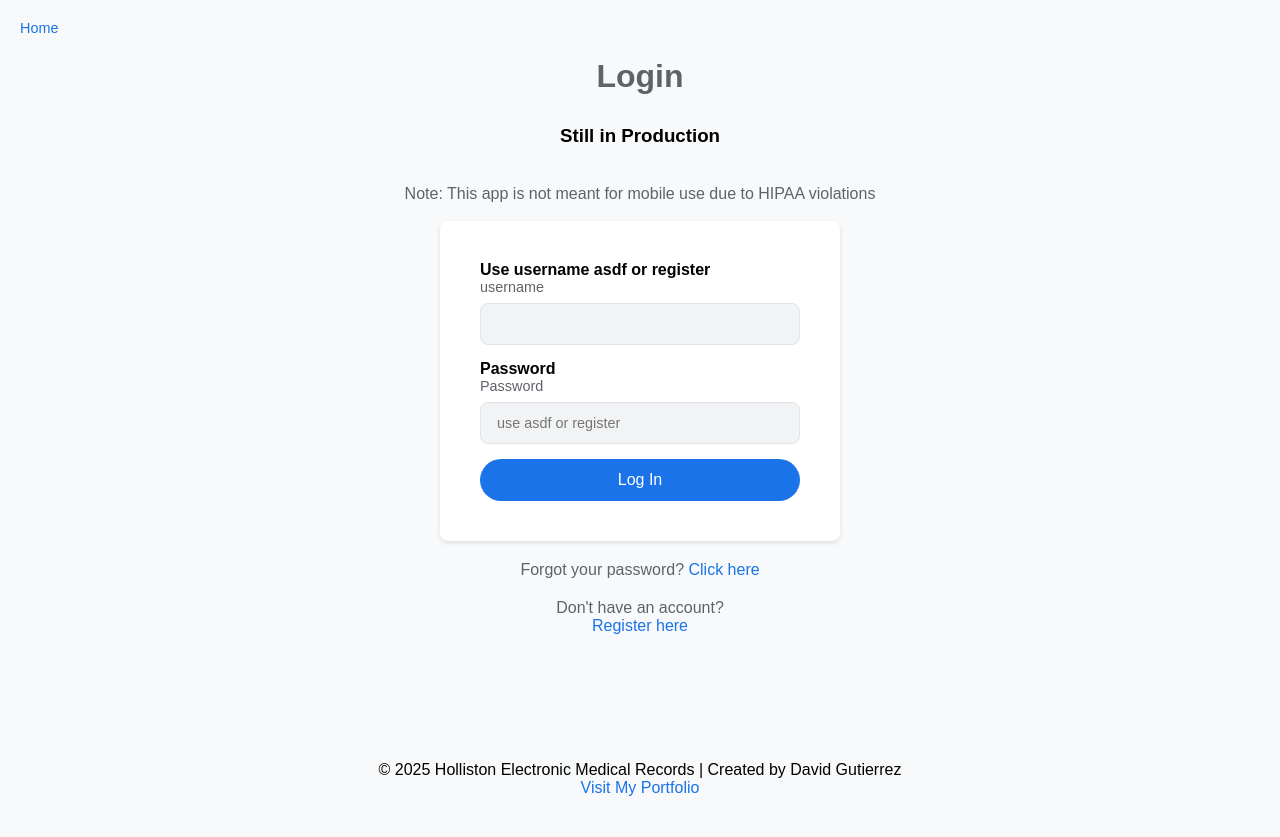
Repository: DavidG626/Flask-Project
Page: http://localhost/login?next=%2Fcpt%2Fcpt_codes
These files come from the project's save history. The page is drawn as it stood at one moment and after the next save; the edit follows.
The browser window is 1280 px wide. The pictures show the whole page.
The page is served by the project's application, run on Flask 3 (tempCodeRunnerFile.py). Other server files are loaded and not shown.

Above is the page before, as saved 2025-03-11 12:22:44.

### templates/login.html
<!DOCTYPE html>
<html lang="en">
<head>
    <meta charset="UTF-8">
    <meta name="viewport" content="width=device-width, initial-scale=1.0">
    <link rel="stylesheet" type="text/css" href="/static/login.css">

    <title>Login</title>

</head>
<body>
    <!-- Navigation -->
    <a class=home href="{{ url_for('home') }}">Home</a>
    {% with messages = get_flashed_messages(with_categories=true) %}
    {% if messages %}
      <ul>
        {% for category, message in messages %}
          <div class="{{ category }}">{{ message }}</div>
        {% endfor %}
      </ul>
    {% endif %}
  {% endwith %}<br>
    <!-- Login Form -->
    <h1>Login</h1>
    <h3>Still in Production</h3><br>
    <p>Note: This app is not meant for mobile use due to HIPAA violations</p><br>


    <form method="POST" action="">
        {{ form.hidden_tag() }}

        <legend>Login</legend>
          <!-- Render Username Field -->
          <h4>Use username asdf or register</h4>
          <div>
            {{ form.username.label(class="form-label") }}
            {{ form.username(class="form-input") }}

        </div>

         <!-- Render Password Field -->
         <h4>Password</h4>
         <div>
            {{ form.password.label(class="form-label") }}
            {{ form.password(class="form-input", placeholder="use asdf or register") }}

        </div>

        <div>
            {{ form.submit(class="form-button") }}
        </div>
    </form>
    <!-- Forgot Password Link -->
    <p>Forgot your password? <a href="#">Click here</a></p>

    <!-- Registration Link -->
    <p>Don't have an account?</p>
    <a href="{{ url_for('login_register.register') }}" class="register-link">Register here</a>



    <br><br><br><br><br><br><br>

    <footer>
      <div >
          &copy; 2025 Holliston Electronic Medical Records | Created by David Gutierrez

      </div>
      <div >
          <a href="https://github.com/DavidG626/Flask-Project" class="register-link" target="_blank">Visit My Portfolio</a>
      </div>
    </footer>
</body>


</html>

### forms/provider_registration_form.py
from flask_wtf import FlaskForm
from wtforms import StringField, PasswordField, SubmitField, BooleanField, SelectField
from wtforms.validators import DataRequired, Length, Email, EqualTo
from flask import Blueprint, render_template, url_for, flash, redirect, session




# Registration
class RegistrationForm(FlaskForm):
    first_name = StringField('First Name',
    validators=[DataRequired(), Length(min=2, max=20)])

    last_name = StringField('Last Name',
    validators=[DataRequired(), Length(min=2, max=20)])

    username = StringField('username',
    validators=[DataRequired(), Length(min=2, max=20)])

    password = PasswordField('Password',
    validators=[DataRequired(), Length(min=2, max=20)])

    confirm_password = PasswordField('Confirm Password',
    validators=[DataRequired(), EqualTo('password', message= "Password Must Match")])

    email = StringField('email',
    validators=[DataRequired(), Email()])

    practice_name = StringField('Practice Name',
    validators=[DataRequired()])

    specialty = StringField('Specialty',
    validators=[DataRequired()])

    npi = StringField('NPI #',
    validators=[DataRequired()])

    medical_license = StringField('Medical License',
    validators=[DataRequired()])

    medical_title = SelectField('Medical Title',
    choices=[
        ('', 'Select your title'),
        ('MD', "MD"),
        ('PA', "PA"),
        ('NP', "NP"),
        ('DO', "DO"),
        ('DC', "DC"),

    ],
    validators=[DataRequired()])

    address = StringField('Address',
    validators=[DataRequired()])

    city = StringField('City',
    validators=[DataRequired()])

    zip_code = StringField('Zip Code',
    validators=[DataRequired()])

    state = StringField('State',
    validators=[DataRequired()])

    phone = StringField('Phone',
    validators=[DataRequired()])

    fax = StringField('Fax',
    validators=[DataRequired()])

    contact_name = StringField('Medical Assistant',
    validators=[DataRequired()])

    biller_name = StringField('Biller',
    validators=[DataRequired()])

    biller_email = StringField('Biller Email',
    validators=[DataRequired()])

    submit = SubmitField('Submit')


# Login
class LoginForm(FlaskForm):
    username = StringField('username',
    validators=[DataRequired()])
    password = PasswordField('Password',
    validators=[DataRequired()])
    remember = BooleanField('Remember Me')

    submit = SubmitField('Log In')

### routes/login_register.py
from flask import Blueprint, render_template, url_for, flash, redirect, session
from forms.provider_registration_form import RegistrationForm, LoginForm
from werkzeug.security import generate_password_hash, check_password_hash
from models.provider_info_models import Provider
from extensions import provider_info_db as db
from flask_login import login_user
from datetime import datetime  # Add this import

import sqlite3
import os



# Create the login_register blueprint
login_register = Blueprint('login_register', __name__)

@login_register.route("/register", methods=["GET", "POST"])
def register():
    form = RegistrationForm()

    if form.validate_on_submit():
        # Hash the password
        hashed_password = generate_password_hash(form.password.data)

        # Check for existing username
        existing_username = Provider.query.filter_by(username=form.username.data).first()
        if existing_username:
            flash('Username already exists. Please choose a different username.', 'danger')
            return render_template('register.html', title="Register", form=form)

        # Check for existing email
        existing_email = Provider.query.filter_by(email=form.email.data).first()
        if existing_email:
            flash('Email already registered. Please use a different email.', 'danger')
            return render_template('register.html', title="Register", form=form)

        # Create new Provider instance
        new_provider = Provider(
            first_name=form.first_name.data,
            last_name=form.last_name.data,
            username=form.username.data,
            email=form.email.data,
            password=hashed_password,
            medical_title=form.medical_title.data,
            specialty=form.specialty.data,
            npi=form.npi.data,
            medical_license=form.medical_license.data,
            practice_name=form.practice_name.data,
            address=form.address.data,
            city=form.city.data,
            state=form.state.data,
            zip_code=form.zip_code.data,
            phone=form.phone.data,
            fax=form.fax.data,
            contact_name=form.contact_name.data,
            biller_name=form.biller_name.data,
            biller_email=form.biller_email.data,
        )

        try:
            db.session.add(new_provider)
            db.session.commit()
            flash('Registration successful! Please log in.', 'success')
            return redirect(url_for('login_register.login'))
        except Exception as e:
            db.session.rollback()
            flash('An error occurred during registration. Please try again.', 'danger')
            print(f"Registration Error: {e}")

    return render_template('register.html', title="Register", form=form)

@login_register.route("/login", methods=["GET", "POST"])
def login():
    form = LoginForm()

    if form.validate_on_submit():
        # Get provider from the database based on the provided username
        provider = Provider.query.filter_by(username=form.username.data).first()

        if provider and check_password_hash(provider.password, form.password.data):
            # Successful login - store username in session and log in the user
            session['username'] = provider.username
            session['user_id'] = provider.id  # Add this
            session['last_active'] = str(datetime.now())  # Add this
            login_user(provider)  # This is needed for flask-login
            welcome_message = f"Logged in {provider.first_name} {provider.last_name}, {provider.medical_title}"
            flash(welcome_message)

            return redirect(url_for('dashboard.dashboard_view'))
        else:
            flash('Invalid username or password', 'danger')

    return render_template('login.html', title="Login", form=form)

### tempCodeRunnerFile.py
from flask import Flask, render_template, url_for, flash, redirect, jsonify
from datetime import timedelta
import os
from extensions import provider_info_db as db
from flask_login import LoginManager


# models
from models.auth_model import Auth
from models.cpt_model import CPTCode
from models.icd10_models import ICD10Code
from models.imaging_model import ImagingResult
from models.lab_model import LabResult
from models.misc_model import Misc
from models.operative_model import OperativeReport
from models.patient_medical_hx_models import Allergy, MedicalCondition, Surgery, Medication, PastMedicalHistory
from models.pr2_model import ProgressNote, ProgressNoteCPT, RequestForAuthorization, RFAItem
from models.provider_info_models import Provider
from models.wc_patient_models import Patient,  Employer, ClaimsAdmin, Lawyer

# routes
from routes.auth_routes import auth_bp
from routes.cpt_routes import cpt_bp
from routes.dashboard import dashboard_bp
from routes.icd10_routes import icd10_bp
from routes.imaging_routes import imaging_bp
from routes.lab_routes import labs_bp
from routes.login_register import login_register
from routes.misc_routes import misc_bp
from routes.operative_routes import operative_bp
from routes.progress_note_route import progress_note_bp
from routes.wc_patient_portal_routes import wc_patient_portal_bp



# Create the Flask app
app = Flask(__name__)


# Create instance directory
if not os.path.exists('instance'):
    os.makedirs('instance')

app.config['SECRET_KEY'] = os.environ.get('SECRET_KEY', 'torito')

# Simple database configuration
if os.environ.get('DATABASE_URL'):
    # Use PostgreSQL on Render when DATABASE_URL is set
    app.config['SQLALCHEMY_DATABASE_URI'] = os.environ.get('DATABASE_URL').replace('postgres://', 'postgresql://')
else:
    # Use SQLite otherwise (both locally and on Render when no DATABASE_URL)
    app.config['SQLALCHEMY_DATABASE_URI'] = 'sqlite:///provider_info_db.db'

app.config['SQLALCHEMY_TRACK_MODIFICATIONS'] = False

# Initialize db
db.init_app(app)

# Initialize Flask-Login
login_manager = LoginManager()
login_manager.init_app(app)
login_manager.login_view = 'login_register.login'  # Specify the login route
login_manager.login_message_category = 'info'      # Optional: style for login messages

@login_manager.user_loader
def load_user(user_id):
    return Provider.query.get(int(user_id))

# Set session lifetime to 30 minutes
app.permanent_session_lifetime = timedelta(minutes=30)

# register blueprints
app.register_blueprint(auth_bp, url_prefix='/auth')
app.register_blueprint(cpt_bp, url_prefix='/cpt')
app.register_blueprint(dashboard_bp, url_prefix='/dashboard')
app.register_blueprint(icd10_bp, url_prefix='/icd10')
app.register_blueprint(imaging_bp, url_prefix='/imaging')
app.register_blueprint(labs_bp, url_prefix='/labs')
app.register_blueprint(login_register)
app.register_blueprint(misc_bp, url_prefix='/misc')
app.register_blueprint(operative_bp, url_prefix='/operative')
app.register_blueprint(progress_note_bp, url_prefix='/progress_note')
app.register_blueprint(wc_patient_portal_bp, url_prefix='/wc_patient_portal')

# Home route
@app.route("/")
def home():
    return render_template('home.html')

# Create the database tables
with app.app_context():
    db.create_all()

# Run the app
if __name__ == "__main__":
    port = int(os.environ.get('PORT', 5005))
    app.run(host='0.0.0.0', port=port, debug=True)

### static/login.css
/* static/login.css */
html {
    font-size: 16px;
}

* {
    margin: 0;
    padding: 0;
    box-sizing: border-box;
    font-family: Arial, sans-serif;
}

body {
    background-color: #f8f9fa;
    display: flex;
    flex-direction: column;
    align-items: center;
    padding: 40px 20px;
}

.home {
    position: absolute;
    top: 20px;
    left: 20px;
    text-decoration: none;
    color: #1a73e8;
    font-size: 0.9rem;
}

.home:hover {
    text-decoration: underline;
}

h1 {
    color: #5f6368;
    margin-bottom: 30px;
    text-align: center;
}

form {
    background-color: white;
    border-radius: 8px;
    box-shadow: 0 2px 4px rgba(0, 0, 0, 0.1);
    padding: 40px;
    width: 100%;
    max-width: 400px;
}

legend {
    display: none;
}

.form-label {
    color: #5f6368;
    font-size: 0.9rem;
    margin-bottom: 8px;
    display: block;
}

.form-input {
    width: 100%;
    padding: 12px 16px;
    border: 1px solid #e1e4e8;
    border-radius: 8px;
    font-size: 0.9rem;
    background-color: #f1f3f4;
    margin-bottom: 15px;
    transition: border-color 0.3s ease;
}

.form-input:focus {
    outline: none;
    border-color: #1a73e8;
    box-shadow: 0 0 0 3px rgba(26, 115, 232, 0.1);
}

.form-button {
    width: 100%;
    padding: 12px;
    background: #1a73e8;
    color: white;
    border: none;
    border-radius: 24px;
    cursor: pointer;
    font-weight: 500;
    font-size: 1rem;
    transition: background-color 0.3s ease;
}

.form-button:hover {
    background-color: #185abc;
}

p {
    margin-top: 20px;
    color: #5f6368;
    text-align: center;
}

p a, body > a:last-child {
    color: #1a73e8;
    text-decoration: none;
    font-weight: 500;
}

p a:hover, body > a:last-child:hover {
    text-decoration: underline;
}
.register-link, .register-link:visited {
    color: #1a73e8;
    text-decoration: none;

    text-align: center;
    display: block;
  }

  .register-link:hover {
    color: #185abc;
  }

/* Responsive adjustments */
@media (max-width: 1600px) {
    html {
        font-size: 16px;
    }
}

@media (max-width: 1200px) {
    html {
        font-size: 16px;
    }
}

@media (max-width: 992px) {
    html {
        font-size: 14px;
    }
}

@media (max-width: 768px) {
    html {
        font-size: 12px;
    }

    form {
        padding: 20px;
        width: 95%;
    }
}

@media (max-width: 600px) {
    html {
        font-size: 10px;
    }
}

After the next save:
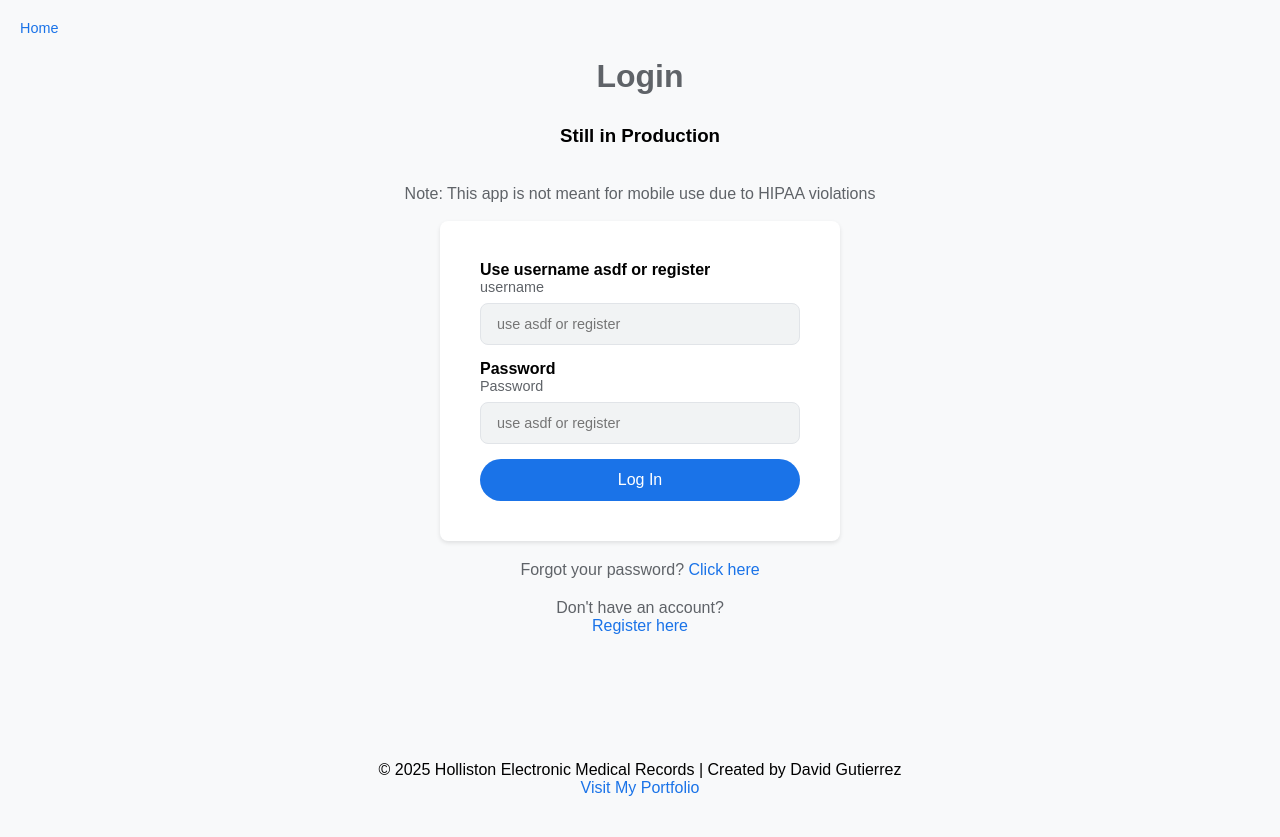
Saved 24 s later.
--- a/templates/login.html
+++ b/templates/login.html
@@ -34,7 +34,7 @@
           <h4>Use username asdf or register</h4>
           <div>
             {{ form.username.label(class="form-label") }}
-            {{ form.username(class="form-input") }}
+            {{ form.username(class="form-input", placeholder="use asdf or register") }}
 
         </div>
 
